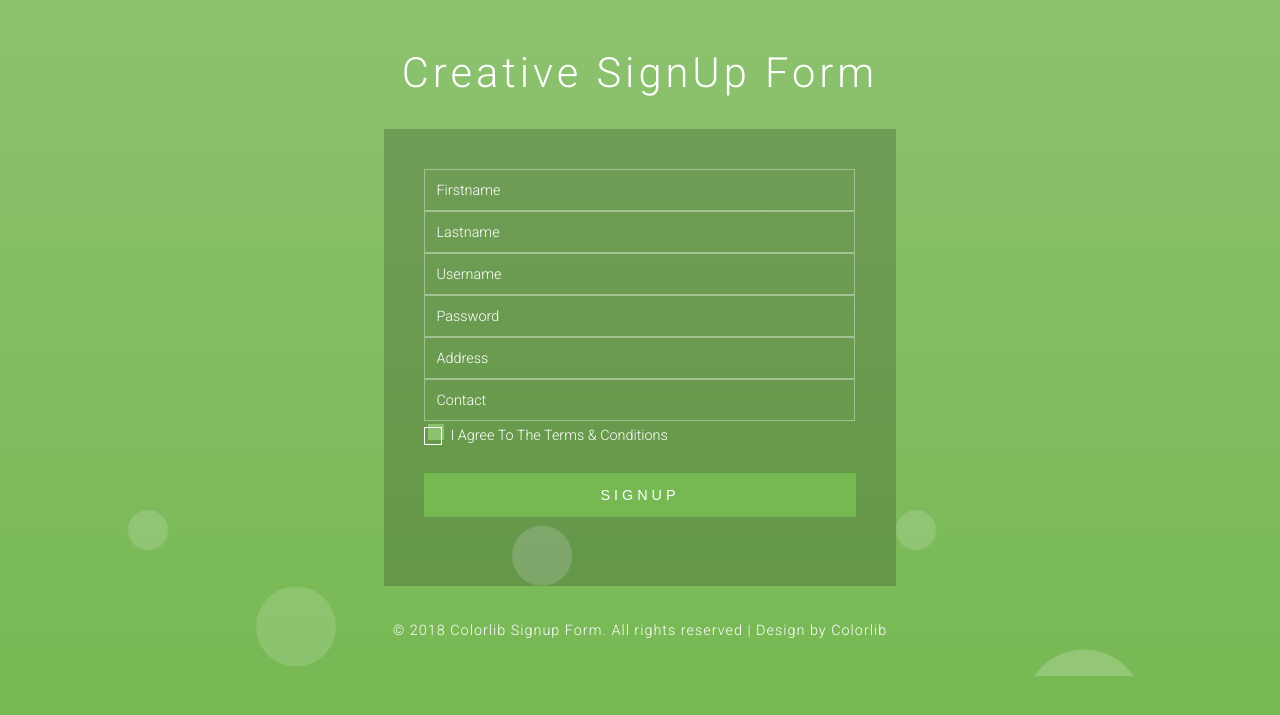
Repository: sagnik938/JSP-JSTL-and-Hibernate
Page: EmpRegForm/src/main/webapp/index.html
These files come from the project's save history. The page is drawn as it stood at one moment and after the next save; the edit follows.
The browser window is 1280 px wide. The pictures show the whole page.

Above is the page before, as saved 2023-02-09 06:35:59.

After the next save:
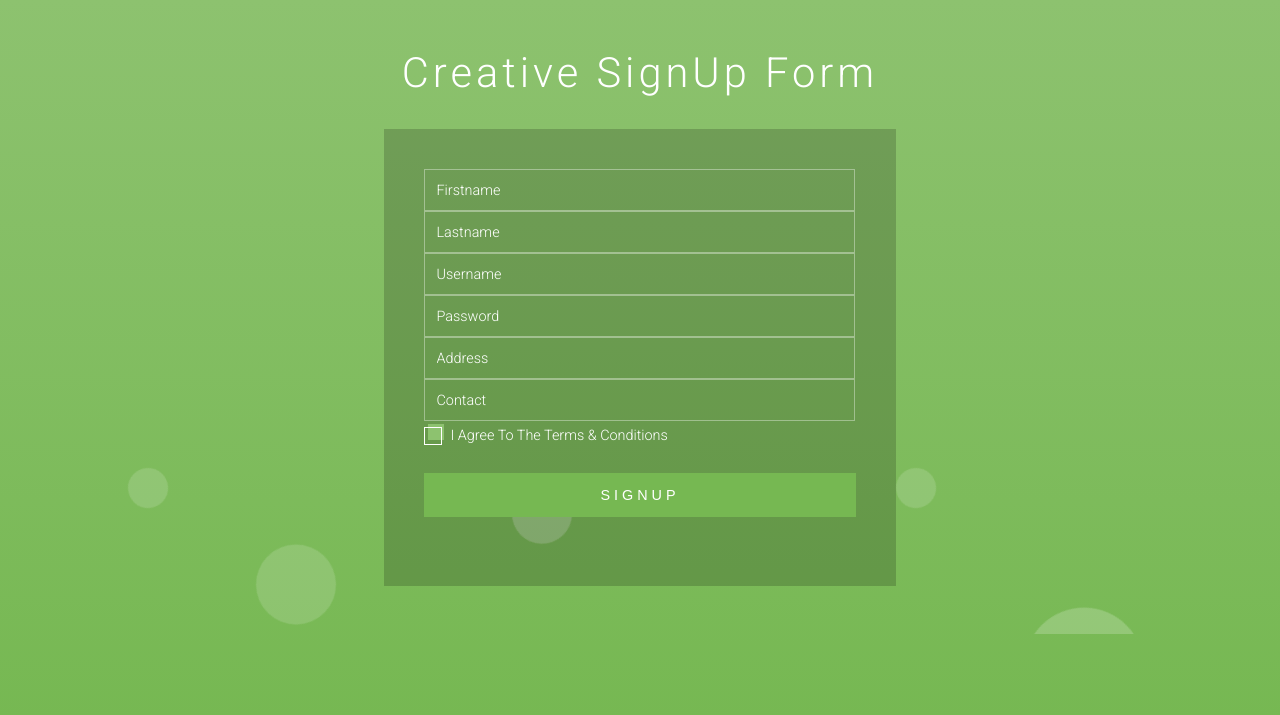
Saved 34 s later.
--- a/EmpRegForm/src/main/webapp/index.html
+++ b/EmpRegForm/src/main/webapp/index.html
@@ -36,11 +36,6 @@
         </form>
       </div>
     </div>
-    <!-- copyright -->
-    <div class="colorlibcopy-agile">
-      <p>© 2018 Colorlib Signup Form. All rights reserved | Design by <a href="https://colorlib.com/" target="_blank">Colorlib</a></p>
-    </div>
-    <!-- //copyright -->
     <ul class="colorlib-bubbles">
       <li></li>
       <li></li>
